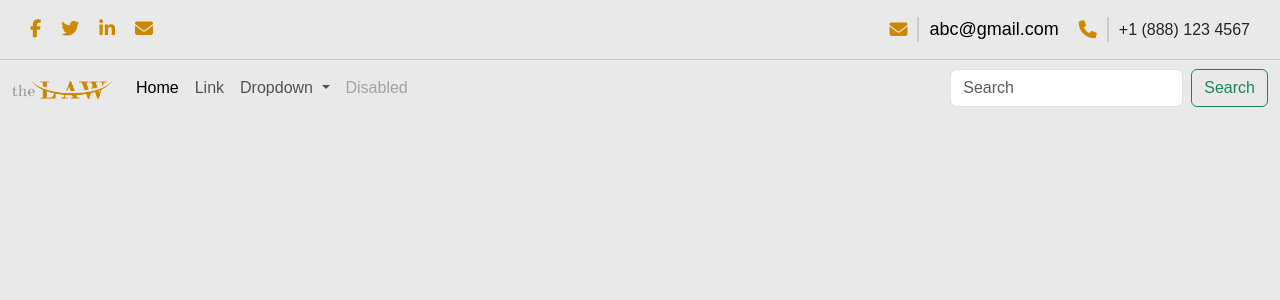
Repository: arehmanraza/lawyer_website
Page: Pages/index.html
The author's editor kept a copy of each file at every save. The page is drawn from the files as they stood at one save, then again after the next save.
The browser window is 1280 px wide. The pictures show the whole page.
Some web libraries are served in a nearby version.

Above is the page before, as saved 2024-05-22 01:37:35.

### Pages/index.html
<!DOCTYPE html>
<html lang="en">
  <head>
    <meta charset="utf-8" />
    <meta name="viewport" content="width=device-width, initial-scale=1" />
    <title>The Lawyer</title>
    <link
      rel="stylesheet"
      href="https://pro.fontawesome.com/releases/v5.10.0/css/all.css"
      integrity="sha384-AYmEC3Yw5cVb3ZcuHtOA93w35dYTsvhLPVnYs9eStHfGJvOvKxVfELGroGkvsg+p"
      crossorigin="anonymous"
    />
    <link rel="stylesheet" href="/Styling/style.css" />
    <link
      rel="stylesheet"
      href="https://cdnjs.cloudflare.com/ajax/libs/font-awesome/6.5.2/css/all.min.css"
      integrity="sha512-SnH5WK+bZxgPHs44uWIX+LLJAJ9/2PkPKZ5QiAj6Ta86w+fsb2TkcmfRyVX3pBnMFcV7oQPJkl9QevSCWr3W6A=="
      crossorigin="anonymous"
      referrerpolicy="no-referrer"
    />
    <link
      href="https://cdn.jsdelivr.net/npm/bootstrap@5.3.3/dist/css/bootstrap.min.css"
      rel="stylesheet"
      integrity="sha384-QWTKZyjpPEjISv5WaRU9OFeRpok6YctnYmDr5pNlyT2bRjXh0JMhjY6hW+ALEwIH"
      crossorigin="anonymous"
    />
  </head>
  <body>
    <div class="main-container">


      <!-- ---------------head_top_container start ------------------  -->




      <div class="head_top">
        <div class="head_top_left">
          <ul>
            <li>
              <i class="icon2 fa-brands fa-facebook-f"></i>
            </li>
            <li>
              <i class="icon2 fa-brands fa-twitter"></i>
            </li>
            <li>
              <i class="icon2 fa-brands fa-linkedin-in"></i>
            </li>
            <li>
              <i class="icon2 fa-solid fa-envelope"></i>
            </li>
          </ul>
        </div>
        <div class="head_top_right">
          <ul>
            <li>
              <i class="icon2 fa-solid fa-envelope"></i>
              <p class="border1"></p>
              <span><a class="phoneno" href = "mailto: a.rehman78766@gmail.com">abc@gmail.com</a></span>
            </li>
            <li>
              <i class="icon2 fa-solid fa-phone"></i>
              <p class="border1"></p>
              <span>+1 (888) 123 4567</span>
            </li>

          </ul>
        </div>
      </div>
      <!-- ---------------head_top_container end ------------------  -->






      <!-- ---------------Navbar_container start ------------------  -->


      <nav class="navbar navbar-expand-lg ">
        <div class="container-fluid">
          <a class="navbar-brand" href="#"><img src="/Images/logo.png"  width="100px"></a>
          <button class="navbar-toggler" type="button" data-bs-toggle="collapse" data-bs-target="#navbarSupportedContent" aria-controls="navbarSupportedContent" aria-expanded="false" aria-label="Toggle navigation">
            <span class="navbar-toggler-icon"></span>
          </button>
          <div class="collapse navbar-collapse" id="navbarSupportedContent">
            <ul class="navbar-nav me-auto mb-2 mb-lg-0">
              <li class="nav-item">
                <a class="nav-link active" aria-current="page" href="#">Home</a>
              </li>
              <li class="nav-item">
                <a class="nav-link" href="#">Link</a>
              </li>
              <li class="nav-item dropdown">
                <a class="nav-link dropdown-toggle" href="#" role="button" data-bs-toggle="dropdown" aria-expanded="false">
                  Dropdown
                </a>
                <ul class="dropdown-menu">
                  <li><a class="dropdown-item" href="#">Action</a></li>
                  <li><a class="dropdown-item" href="#">Another action</a></li>
                  <li><hr class="dropdown-divider"></li>
                  <li><a class="dropdown-item" href="#">Something else here</a></li>
                </ul>
              </li>
              <li class="nav-item">
                <a class="nav-link disabled" aria-disabled="true">Disabled</a>
              </li>
            </ul>
            <form class="d-flex" role="search">
              <input class="form-control me-2" type="search" placeholder="Search" aria-label="Search">
              <button class="btn btn-outline-success" type="submit">Search</button>
            </form>
          </div>
        </div>
      </nav>





      <!-- ---------------Navbar_container end ------------------  -->





    </div>
    <script
      src="https://cdn.jsdelivr.net/npm/bootstrap@5.3.3/dist/js/bootstrap.bundle.min.js"
      integrity="sha384-YvpcrYf0tY3lHB60NNkmXc5s9fDVZLESaAA55NDzOxhy9GkcIdslK1eN7N6jIeHz"
      crossorigin="anonymous"
    ></script>
  </body>
</html>

### Styling/style.css
*{
    margin: 0;
    padding: 0;
    box-sizing: border-box;
    font-family: Arial, Helvetica, sans-serif, "Montserrat";
}
.main-container{
    background-color: #e9e9e9;
    width: 100%;
    height: 100vh;
    padding: 0px;
}

.head_top {
    width: 100%;
    height: 60px;
    display: flex;
    justify-content: space-between;
    align-items: center; /* Center items vertically */
    border-bottom: 1px solid #ccc;
    padding: 0px 20px;
}

.head_top_left {
    width: 50%;
    display: flex; /* Ensure the left container is also using flexbox */
    align-items: center; /* Center items vertically */
}
.head_top_left ul {
    display: flex;
    list-style: none;
    padding: 0;
    margin: 0;
}
.head_top_left ul li{
    padding: 0px 10px;
}
.head_top_right{
    display: flex;
    align-items: center;
    width: 50%;
}
.head_top_right ul{
    display: flex;
    list-style: none;
    padding: 0;
    margin: 0px 0px 0px auto;

}
.head_top_right ul li{
    padding: 0px 10px;
    display: flex;
    align-items: center;
}
.border1{
    border-left: 2px solid #ccc;

    height: 25px;
    margin: 0px 10px;
}
.icon2{
    color:  #cc8800;
  font-size: large;
}
.phoneno{
    color: black;
    font-size: 18px;
    font-weight: 500;
    text-decoration: none
}

After the next save:
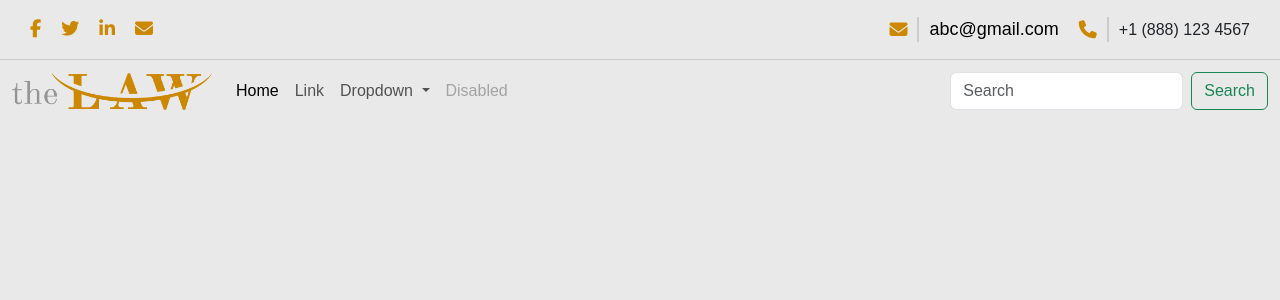
Saved 4 s later.
--- a/Pages/index.html
+++ b/Pages/index.html
@@ -79,7 +79,7 @@
 
       <nav class="navbar navbar-expand-lg ">
         <div class="container-fluid">
-          <a class="navbar-brand" href="#"><img src="/Images/logo.png"  width="100px"></a>
+          <a class="navbar-brand" href="#"><img src="/Images/logo.png"  width="200px"></a>
           <button class="navbar-toggler" type="button" data-bs-toggle="collapse" data-bs-target="#navbarSupportedContent" aria-controls="navbarSupportedContent" aria-expanded="false" aria-label="Toggle navigation">
             <span class="navbar-toggler-icon"></span>
           </button>
